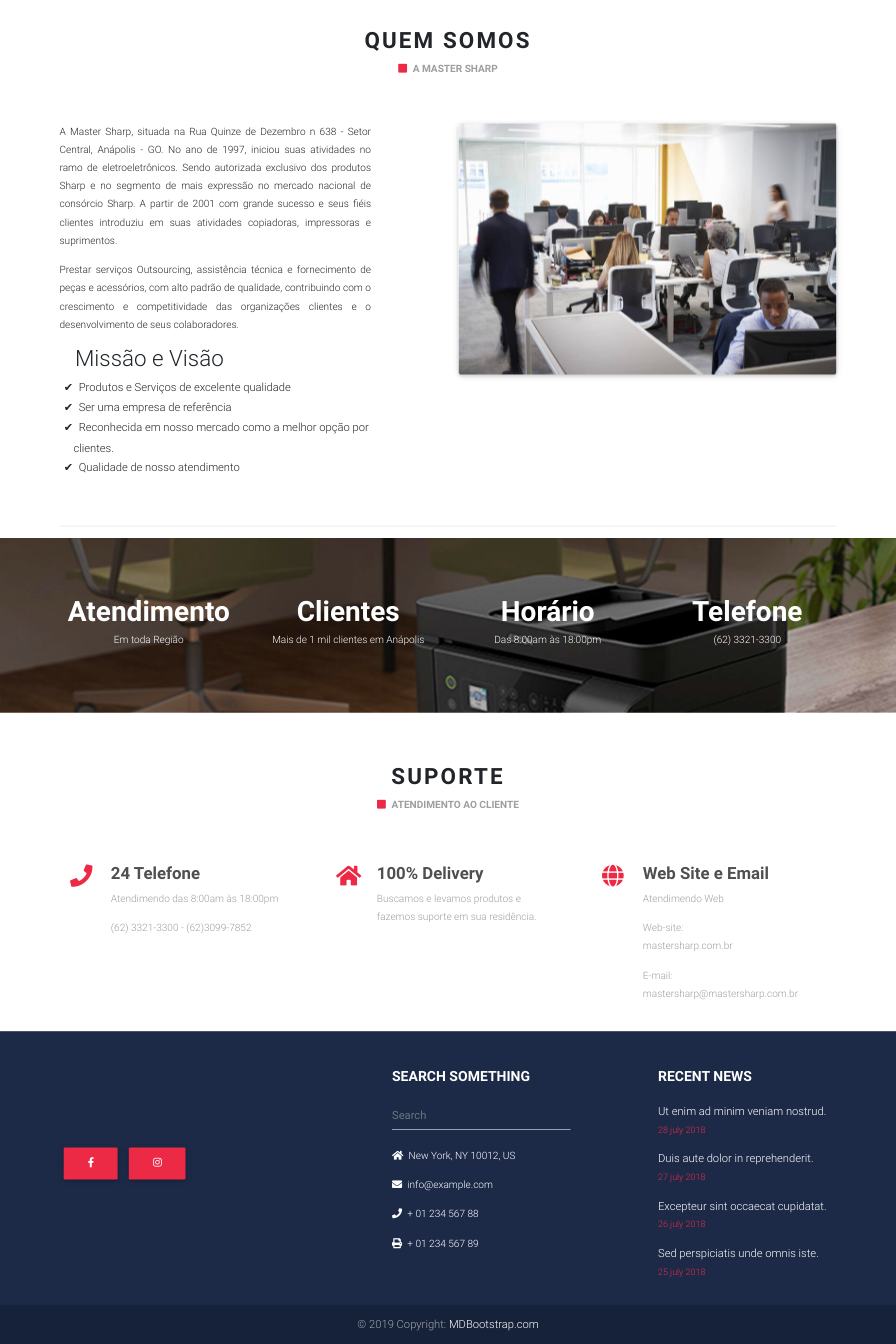
Repository: SalomaoMiguel/mastshap
Page: html/index.html
An editor plug-in stored every save of this project. The page is shown before and after a run of saves, followed by the edit.
The browser window is 1280 px wide. The pictures show the part of the page from y = 1373 to 3293 px (the page is 3293 px tall), at 70% of full size.
Some web libraries are served in a nearby version.

Above is the page before, as saved 2021-02-17 15:32:49.

### html/index.html
<!DOCTYPE html>
<html lang="pt-br">

<head>
  <meta charset="utf-8">
  <meta name="viewport" content="width=device-width, initial-scale=1, shrink-to-fit=no">
  <meta http-equiv="x-ua-compatible" content="ie=edge">
  <title>Master Sharp</title>
  <!-- Font Awesome -->
  <link rel="stylesheet" href="https://use.fontawesome.com/releases/v5.8.2/css/all.css">
  <!-- Bootstrap core CSS -->
  <link href="../css/bootstrap.min.css" rel="stylesheet">
  <!-- Material Design Bootstrap -->
  <link href="../css/mdb.min.css" rel="stylesheet">
  <style>
    html,
        body,
        header,
        .jarallax {
          height: 100%;
        }

        @media (min-width: 560px) and (max-width: 740px) {
          html,
          body,
          header,
          .jarallax {
            height: 500px;
          }
        }

        @media (min-width: 800px) and (max-width: 850px) {
            html,
            body,
            header,
            .jarallax {
              height: 600px;
            }
        }

        @media (min-width: 800px) and (max-width: 850px) {
            .navbar:not(.top-nav-collapse) {
                background: #24355c!important;
            }
            .navbar {
              box-shadow: 0 2px 5px 0 rgba(0,0,0,.16), 0 2px 10px 0 rgba(0,0,0,.12) !important;
            }
        }
    </style>
</head>

<body class="intro-page transport-lp">

  <!--Navigation & Intro-->
  <header>

    <!--Navbar-->
    <nav class="navbar fixed-top navbar-expand-lg navbar-dark scrolling-navbar" style="background-color: #f7f7f7!important;">
      <div class="container">
        <a class="navbar-brand" href="#"><img src="../imga/logo/logomastersharp.png" class="img-fluid  " alt="My photo"></a>
        <button class="navbar-toggler" type="button" data-toggle="collapse" data-target="#navbarSupportedContent"
          aria-controls="navbarSupportedContent" aria-expanded="false" aria-label="Toggle navigation">
          <span class="navbar-toggler-icon"></span>
        </button>
        <div class="collapse navbar-collapse " id="navbarSupportedContent">
          <!--Links-->
          <ul class="navbar-nav mr-auto ml-auto smooth-scroll ">
            <li class="nav-item">
              <a class="nav-link text-muted" href="#home">Início <span class="sr-only">(current)</span></a>
            </li>

            <li class="nav-item">
              <a class="nav-link text-muted" href="#about" data-offset="100">Quem Somos</a>
            </li>
            <li class="nav-item">
              <a class="nav-link text-muted" href="#services" data-offset="30">Soluções</a>
            </li>
            <li class="nav-item">
              <a class="nav-link text-muted" href="#features" data-offset="100">Parceiros</a>
            </li>
            <li class="nav-item">
              <a class="nav-link text-muted" href="#suport" data-offset="100">Suporte</a>
            </li>
            <li class="nav-item">
              <a class="nav-link text-muted" href="#contact" data-offset="30">Contato</a>
            </li>
          </ul>

          <!--Social Icons-->
          <ul class="navbar-nav nav-flex-icons">
            <li class="nav-item">
              <a class="nav-link" href="https://api.whatsapp.com/send?phone=5562991729598&#038;text=Gostaria de informações sobre a Master Sharp" target="_blank" rel="noopener noreferrer"><i class="fab fa-whatsapp text-success"> (62) 99172-9598</i></a>
            </li>
            <li class="nav-item">
              <a class="nav-link" href="https://api.whatsapp.com/send?phone=5562993291564&#038;text=Gostaria de informações sobre a Master Sharp" target="_blank" rel="noopener noreferrer" ><i class="fab fa-whatsapp text-success"> (62) 99329-1564</i></a>
            </li>
          </ul>
        </div>
      </div>
    </nav>
    <!--/Navbar-->

    <!-- Intro Section -->
    <div id="home" class="view jarallax" data-jarallax='{"speed": 0.2}' style="background-image: url('../imga/back/impressorapeople.png'); background-repeat: no-repeat; background-size: cover; background-position: center center;">
      <div class="mask rgba-black-light">
        <div class="container h-100 d-flex justify-content-center align-items-center">
          <div class="row smooth-scroll">
            <div class="col-md-12 white-text text-center">
              <div class="wow fadeInDown" data-wow-delay="0.2s">
                <h1 class="display-4 text-uppercase rgba-black-light px-3 py-2"><strong class="font-weight-bold">Master Sharp sempre inovando.</strong></h1>
                <h5 class="white-text mt-5"></h5>
                <h2 class="white-text text-uppercase h2-responsive font-weight-bold mb-5 mt-4"> Oferecendo assim a melhor solução para redução de custos.</h2>
                <a href="https://api.whatsapp.com/send?phone=5562993291564&#038;text=Gostaria de informações sobre a Master Sharp" target="_blank" rel="noopener noreferrer" data-offset="100" class="btn btn-success btn-rounded"><i class="fab fa-whatsapp text-white" style="font-size: 18px;"> <span class="text-white"> </span></i> &nbsp; Fale conosco</a>
              </div>
            </div>
          </div>
        </div>
      </div>
    </div>

  </header>
  <!--/Navigation & Intro-->

  <!--Main content-->
  <main>

    <!--First container-->
    <div class="container-fluid background-z">
      <div class="container">

        <!--Section: Possibilities-->
        <section class="py-4">

          <!--Secion heading-->
          <h2 id="services" class="text-center text-uppercase font-weight-bold mt-5 pt-4 spacing wow fadeIn" data-wow-delay="0.2s"><strong>Soluções</strong></h2>

          <!--Section description-->
          <p class="text-center text-uppercase font-weight-bold grey-text mb-5 pb-3 wow fadeIn" data-wow-delay="0.2s"><i
              class="fas fa-square red-text-2 mr-2" aria-hidden="true"></i> Nossos Serviços</p>

          <!--First row-->
          <div class="row mb-5 wow fadeIn" data-wow-delay="0.4s">

            <div class="col-lg-3 col-md-6 text-center pt-1">
              <div class="icon-area">
                <div class="circle-icon">
                  <i class="fas fa-print"></i>
                </div>
                <br>
                <strong>Locação de Impressoras</strong>
                <p>Soluções Corporativas em impressão e cópias..</p>
              </div>
            </div>

            <div class="col-lg-3 col-md-6 text-center pt-1">
              <div class="icon-area">
                <div class="circle-icon">
                  <i class="fas fa-print"></i>
                </div>
                <br>
                <strong>Manutenção de Impressoras</strong>
                <p>Equipe de Assistência Técnica altamente qualificada, jovem mas competente e com vasta experiência no seu segmento de atuação.</p>
              </div>
            </div>

            <div class="col-lg-3 col-md-6 text-center pt-1">
              <div class="icon-area">
                <div class="circle-icon">
                  <i class="fas fa-print"></i>
                </div>
                <br>
                <strong>Toners e Recargas</strong>
                <p>Somos especializados em recarga de toners. Oferecemos a sua empresa um serviço de qualidade por um preço acessível.</p>
              </div>
            </div>

            <div class="col-lg-3 col-md-6 text-center pt-1">
              <div class="icon-area">
                <div class="circle-icon">
                  <i class="fas fa-print"></i>
                </div>
                <br>
                <strong>Vendas de Impressoras</strong>
                <p>Sharp, Brother, Samsung, Ricoh, HP, Epson e muito mais. Impressoras de varios modelos.</p>
              </div>
            </div>

          </div>
          <!--/First row-->

        </section>
        <!--/Section: Possibilities-->

      </div>
    </div>
    <!--/First container-->

    <!--Second container-->
    <div class="container">

      <!--Section: About-->
      <section id="about" class="about my-5">

        <!--Secion heading-->
        <h2 class="text-center text-uppercase font-weight-bold mt-5 pt-4 pt-4 spacing wow fadeIn" data-wow-delay="0.2s"><strong>Quem Somos</strong></h2>

        <!--Section description-->
        <p class="text-center text-uppercase font-weight-bold grey-text mb-5 pb-3 wow fadeIn" data-wow-delay="0.2s"><i
            class="fas fa-square red-text-2 mr-2" aria-hidden="true"></i>A Master Sharp</p>

        <!--First row-->
        <div class="row">

          <!--First column column-->
          <div class="col-xl-5 col-lg-6 pb-1 wow fadeIn" data-wow-delay="0.4s">

            <!--Description-->
            <p align="justify">A Master Sharp, situada na Rua Quinze de Dezembro n 638 - Setor Central, Anápolis - GO. No ano de 1997, iniciou suas atividades no ramo de eletroeletrônicos. Sendo autorizada exclusivo dos produtos Sharp e no segmento de mais expressão no mercado nacional de consórcio Sharp. A partir de 2001 com grande sucesso e seus fiéis clientes introduziu em suas atividades copiadoras, impressoras e suprimentos.
            </p>

            <p align="justify">Prestar serviços Outsourcing, assistência técnica e fornecimento de peças e acessórios, com alto padrão de qualidade, contribuindo com o crescimento e competitividade das organizações clientes e o desenvolvimento de seus colaboradores.</p>

            <ul>
              <h2> Missão e Visão</h2>
              <li>Produtos e Serviços de excelente qualidade</li>
              <li>Ser uma empresa de referência</li>
              <li>Reconhecida em nosso mercado como a melhor opção por clientes.</li>
              <li>Qualidade de nosso atendimento</li>
            </ul>

          </div>
          <!--/First column-->

          <!--Column column-->
          <div class="col-xl-6 ml-lg-auto col-lg-6 mb-5 wow fadeIn" data-wow-delay="0.4s">

            <!--Image-->
            <img src="../imga/back/officess.jpg" class="img-fluid rounded z-depth-1"
              alt="My photo">

          </div>
          <!--/Column column-->

        </div>
        <!--/First row-->

      </section>
      <!--/Section: About-->

      <hr>

      <!--Section: Services-->

      <!--/Section: Services-->

    </div>
    <!--/Second container-->

    <!--Streak-->
    <div class="streak streak-photo" style="background-image:url('../imga/back/epson.jpg')">
      <div class="mask flex-center rgba-black-light">
        <div class="container">

          <!--First row -->
          <div class="row text-white text-center wow fadeIn" data-wow-delay="0.2s">

            <!--First column -->
            <div class="col-md-3 mb-2">
              <h1 class="white-text mb-1 font-weight-bold"><strong>Atendimento</strong></h1>
              <p>Em toda Região</p>
            </div>
            <!-- First column -->

            <!--Second column -->
            <div class="col-md-3 mb-2">
              <h1 class="white-text mb-1 font-weight-bold"><strong>Clientes</strong></h1>
              <p>Mais de 1 mil clientes em Anápolis</p>
            </div>
            <!-- Second column -->

            <!--Third column -->
            <div class="col-md-3 mb-2">
              <h1 class="white-text mb-1 font-weight-bold"><strong>Horário</strong></h1>
              <p>Das 8:00am às 18:00pm</p>
            </div>
            <!-- Third column -->

            <!--Fourth column -->
            <div class="col-md-3">
              <h1 class="white-text mb-1 font-weight-bold"><strong>Telefone</strong></h1>
              <p>(62) 3321-3300</p>
            </div>
            <!-- Fourth column -->

          </div>
          <!-- First row -->
        </div>
      </div>
    </div>
    <!--/Streak-->

    <!--Third container-->
    <div class="container">

      <!--Section: Features v.4-->
      <section id="suport" class="feature-box">

        <!--Secion heading-->
        <h2 class="text-center text-uppercase font-weight-bold mt-5 pt-4 spacing wow fadeIn" data-wow-delay="0.2s"><strong>Suporte</strong></h2>

        <!--Section description-->
        <p class="text-center text-uppercase font-weight-bold grey-text mb-5 wow fadeIn" data-wow-delay="0.2s"><i class="fas fa-square red-text-2 mr-2"
            aria-hidden="true"></i>Atendimento ao cliente</p>

        <!--Grid row-->
        <div class="row features-small pt-4">

          <!--Grid column-->
          <div class="col-md-4 mb-4">
            <div class="col-1 col-md-2 float-left">
              <i class="fas fa-phone red-text-2 fa-2x"></i>
            </div>
            <div class="col-10 col-md-9 col-lg-10 float-right">
              <h4 class="font-weight-bold dark-grey-text">24 Telefone </h4>
              <p class="grey-text"> Atendimendo das 8:00am às 18:00pm</p>
              <p class="grey-text"> (62) 3321-3300 - (62)3099-7852</p>
            </div>
          </div>
          <!--Grid column-->

          <!--Grid column-->
          <div class="col-md-4 mb-4">
            <div class="col-1 col-md-2 float-left">
              <i class="fas fa-home red-text-2 fa-2x"></i>
            </div>
            <div class="col-10 col-md-9 col-lg-10 float-right">
              <h4 class="font-weight-bold dark-grey-text">100% Delivery</h4>
              <p class="grey-text"> Buscamos e levamos produtos e fazemos suporte em sua residência.</p>
            </div>
          </div>
          <!--Grid column-->

          <!--Grid column-->
          <div class="col-md-4 mb-4">
            <div class="col-1 col-md-2 float-left">
              <i class="fas fa-globe red-text-2 fa-2x"></i>
            </div>
            <div class="col-10 col-md-9 col-lg-10 float-right">
              <h4 class="font-weight-bold dark-grey-text">Web Site e  Email</h4>
              <p class="grey-text">Atendimendo Web</p>
              <p class="grey-text">Web-site:&emsp;&emsp;&emsp;&emsp;&emsp;&emsp;mastersharp.com.br</p>
              <p class="grey-text">E-mail: mastersharp@mastersharp.com.br</p>
            </div>
          </div>
          <!--Grid column-->

        </div>
        <!--Grid row-->

      </section>
      <!--/Section: Features v.4-->

    </div>
    <!--/Third container-->

    <!--Fourth container-->

    <!--/Fourth container-->

    <!--Fifth container-->

    <!--/Fifth container-->

  </main>
  <!--/Main content-->

  <!--Footer-->
  <footer class="page-footer mdb-color darken-3 text-center text-md-left pt-5">

    <!--Footer Links-->
    <div class="container mb-3">

      <!--First row-->
      <div class="row">

        <!--First column-->
        <div id="contact" class="col-md-4 mt-1 mb-1 wow fadeIn" data-wow-delay="0.3s" >
          <!--About-->
          <h5 class="title mb-4 font-weight-bold"></h5>

          <p>&emsp;</p>

          <p>&emsp;</p>
          <!--/About -->

          <div class="footer-socials mt-2 mr-md-auto ml-md-auto">
            <!--Facebook-->
            <a    href="https://www.facebook.com/mastersharp.aps/"  type="button" class="btn  btn-danger-2"><i class="fab fa-facebook-f"></i></a>
            <!--Dribbble-->
            <a  href="https://www.instagram.com/master.sharp/" type="button" class="btn  btn-danger-2"><i class="fab fa-instagram"></i></a>
          </div>
        </div>
        <!--/First column-->

        <hr class="w-100 clearfix d-md-none">

        <!--Second column-->
        <div class="col-lg-3 ml-lg-auto col-md-4 mt-1 mb-1 wow fadeIn" data-wow-delay="0.3s">
          <!--Search-->
          <h5 class="text-uppercase mb-4 font-weight-bold">Search something</h5>

          <ul class="footer-search list-unstyled">
            <li>
              <form class="search-form" role="search">
                <div class="md-form">
                  <input type="text" class="form-control" placeholder="Search">
                </div>
              </form>
            </li>
          </ul>

          <!--Info-->
          <p><i class="fas fa-home pr-1"></i> New York, NY 10012, US</p>
          <p><i class="fas fa-envelope pr-1"></i> info@example.com</p>
          <p><i class="fas fa-phone pr-1"></i> + 01 234 567 88</p>
          <p><i class="fas fa-print pr-1"></i> + 01 234 567 89</p>

        </div>
        <!--/Second column-->

        <hr class="w-100 clearfix d-md-none">

        <!--Third column-->
        <div class="col-lg-3 ml-lg-auto col-md-4 mt-1 mb-1 wow fadeIn" data-wow-delay="0.3s">
          <!--Contact-->
          <h5 class="text-uppercase mb-4 font-weight-bold">Recent news</h5>

          <ul class="footer-posts list-unstyled">
            <li><a>Ut enim ad minim veniam nostrud.</a><span>
                <p class="red-text-2 font-small">28 july 2018</p>
              </span></li>
            <li><a>Duis aute dolor in reprehenderit.</a><span>
                <p class="red-text-2 font-small">27 july 2018</p>
              </span></li>
            <li><a>Excepteur sint occaecat cupidatat.</a><span>
                <p class="red-text-2 font-small">26 july 2018</p>
              </span></li>
            <li><a>Sed perspiciatis unde omnis iste.</a><span>
                <p class="red-text-2 font-small">25 july 2018</p>
              </span></li>
          </ul>

        </div>
        <!--/Third column-->

      </div>
      <!--/First row-->

    </div>
    <!--/Footer Links-->

    <!--Copyright-->
    <div class="footer-copyright py-3 text-center">
      <div class="container-fluid">
        © 2019 Copyright: <a href="https://mdbootstrap.com/education/bootstrap/" target="_blank"> MDBootstrap.com </a>
      </div>
    </div>
    <!--/Copyright-->

  </footer>
  <!--/Footer-->


  <!-- SCRIPTS -->

  <!-- JQuery -->
  <script type="text/javascript" src="../js/jquery-3.4.1.min.js"></script>

  <!-- Bootstrap tooltips -->
  <script type="text/javascript" src="../js/popper.min.js"></script>

  <!-- Bootstrap core JavaScript -->
  <script type="text/javascript" src="../js/bootstrap.min.js"></script>

  <!-- MDB core JavaScript -->
  <script type="text/javascript" src="../js/mdb.min.js"></script>

  <script>
    //Animation init
    new WOW().init();

  </script>

</body>

</html>

Loaded but not shown: css/bootstrap.min.css (library); css/mdb.min.css (library); js/jquery-3.4.1.min.js (library); js/popper.min.js (library); js/bootstrap.min.js (library); js/mdb.min.js (library)

After the next 13 saves:
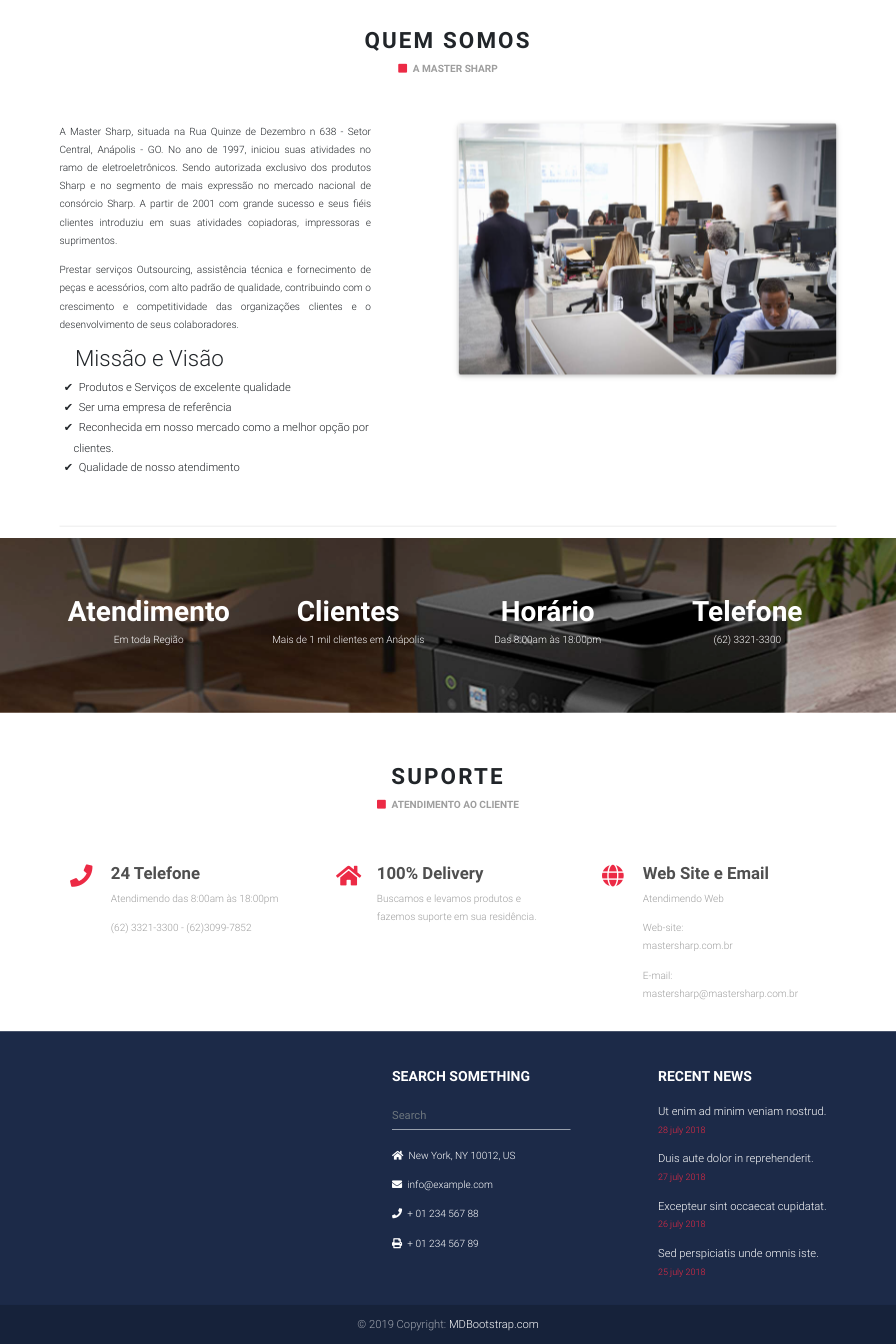
The 13 saves are shown as one change because they came seconds apart.
The last was saved 20 s later.
--- a/html/index.html
+++ b/html/index.html
@@ -393,7 +393,7 @@
           <p>&emsp;</p>
           <!--/About -->
 
-          <div class="footer-socials mt-2 mr-md-auto ml-md-auto">
+          <div class="footer-socials mt-2 mr-md-auto ml-md-auto d-md-none" >
             <!--Facebook-->
             <a    href="https://www.facebook.com/mastersharp.aps/"  type="button" class="btn  btn-danger-2"><i class="fab fa-facebook-f"></i></a>
             <!--Dribbble-->

After the 2 saves that followed:
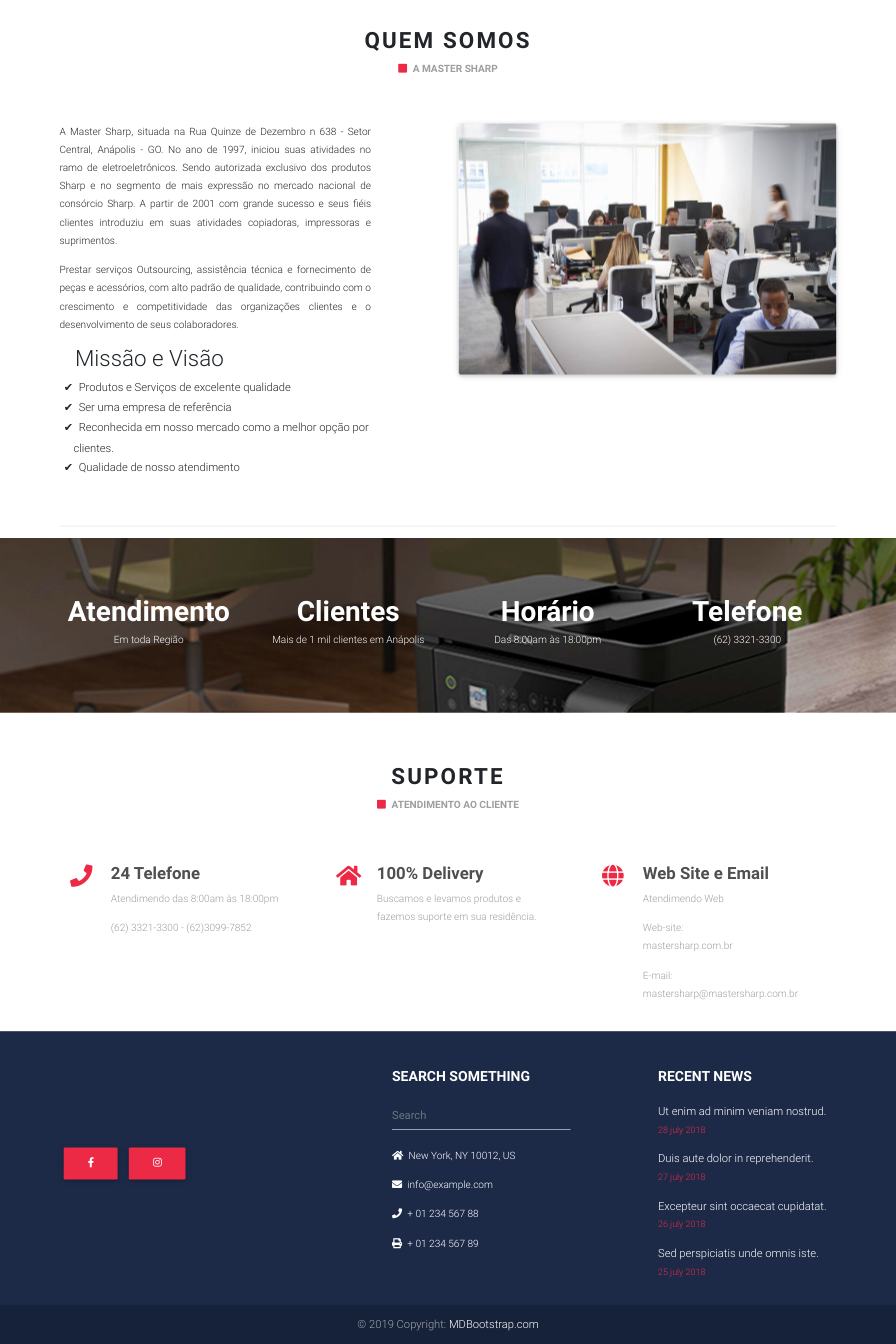
The 2 saves are shown as one change because they came seconds apart.
The last was saved 12 s later.
--- a/html/index.html
+++ b/html/index.html
@@ -393,7 +393,7 @@
           <p>&emsp;</p>
           <!--/About -->
 
-          <div class="footer-socials mt-2 mr-md-auto ml-md-auto d-md-none" >
+          <div class="footer-socials mt-2 mr-md-auto ml-md-auto" >
             <!--Facebook-->
             <a    href="https://www.facebook.com/mastersharp.aps/"  type="button" class="btn  btn-danger-2"><i class="fab fa-facebook-f"></i></a>
             <!--Dribbble-->
